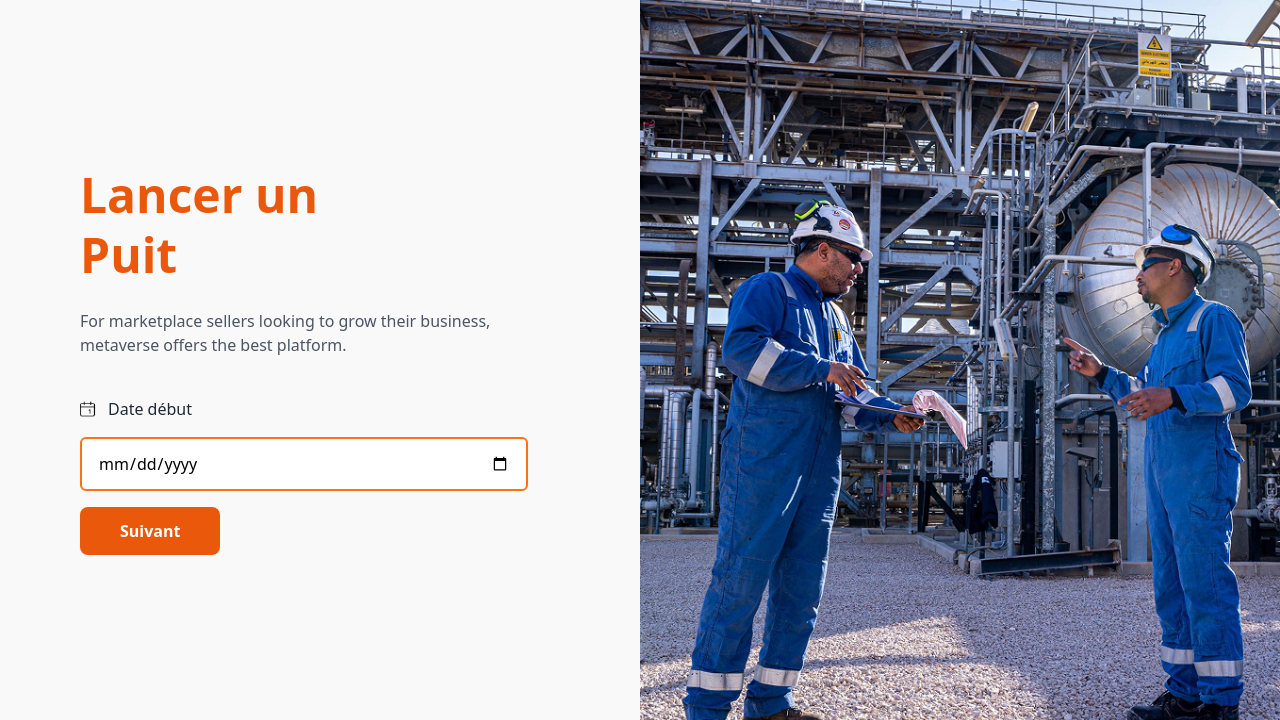
Repository: 123455675848484848484884848484/Projet_2cs
Page: /info-puit (app in front/)
The author's editor kept a copy of each file at every save. The page is drawn from the files as they stood at one save, then again after the next save.
The browser window is 1280 px wide. The pictures show the whole page.
The project was rebuilt for these pictures with package versions that can differ from the ones it lists, and the page was loaded fresh each time. Also part of the build but not shown: front/src/App.css, front/src/Login.jsx.

Above is the page before, as saved 2025-04-23 17:55:34.

### front/src/App.jsx

import './App.css';
// App.jsx
import React from "react";
import Login from "./Login";
import LancerPuit from './LancerPuit';

function App() {
  return <LancerPuit />;
}

export default App;

### front/src/LancerPuit.jsx
import React, { useState } from "react";

const LancerPuit = () => {
  const [dateDebut, setDateDebut] = useState("");

  const handleSubmit = (e) => {
    e.preventDefault();
    alert(`Date de début sélectionnée : ${dateDebut}`);
  };

  return (
    <div className="flex h-screen overflow-hidden">
      {/* Partie gauche : formulaire */}
      <div className="w-1/2 bg-[#f9f9f9] flex flex-col justify-center px-20">
        <div className="max-w-md">
          <h1 className="text-[48px] leading-tight font-bold text-orange-600">
            Lancer un <br /> Puit
          </h1>

          <p className="text-[16px] text-gray-600 mt-6 mb-10">
            For marketplace sellers looking to grow their business, metaverse offers the best platform.
          </p>
          <form onSubmit={handleSubmit} className="space-y-6 text-left">
  <div className="space-y-4">
    {/* Label avec icône */}
    <div className="flex items-center gap-2">
      <img src="/date.png" alt="date icon" className="w-5 h-5" />
      <label htmlFor="dateDebut" className="text-[16px] text-gray-800 font-medium">
        Date début
      </label>
    </div>

    {/* Champ date */}
    <input
      type="date"
      id="dateDebut"
      value={dateDebut}
      onChange={(e) => setDateDebut(e.target.value)}
      placeholder="jj/mm/aaaa"
      className="w-full border-2 border-orange-500 rounded-md px-4 py-3 placeholder-gray-400 focus:outline-none focus:ring-2 focus:ring-orange-600"
      required
    />

    {/* Bouton parfaitement aligné */}
    <button
      type="submit"
      className="bg-orange-600 hover:bg-orange-700 text-white text-[16px] font-semibold py-3 px-10 rounded-[8px] transition"
    >
      Suivant
    </button>
  </div>
</form>
        </div>
      </div>

      {/* Partie droite : image */}
      <div className="w-1/2 h-full">
        <img
          src="/lancerp.png" // assure-toi que l’image est dans le dossier `public`
          alt="Site industriel"
          className="w-full h-full object-cover"
        />
      </div>
    </div>
  );
};

export default LancerPuit;

Loaded but not shown: front/public/index.html (common file); front/src/index.js (common file); front/src/index.css (common file); front/src/reportWebVitals.js (common file); front/tailwind.config.js (common file)

After the next save:
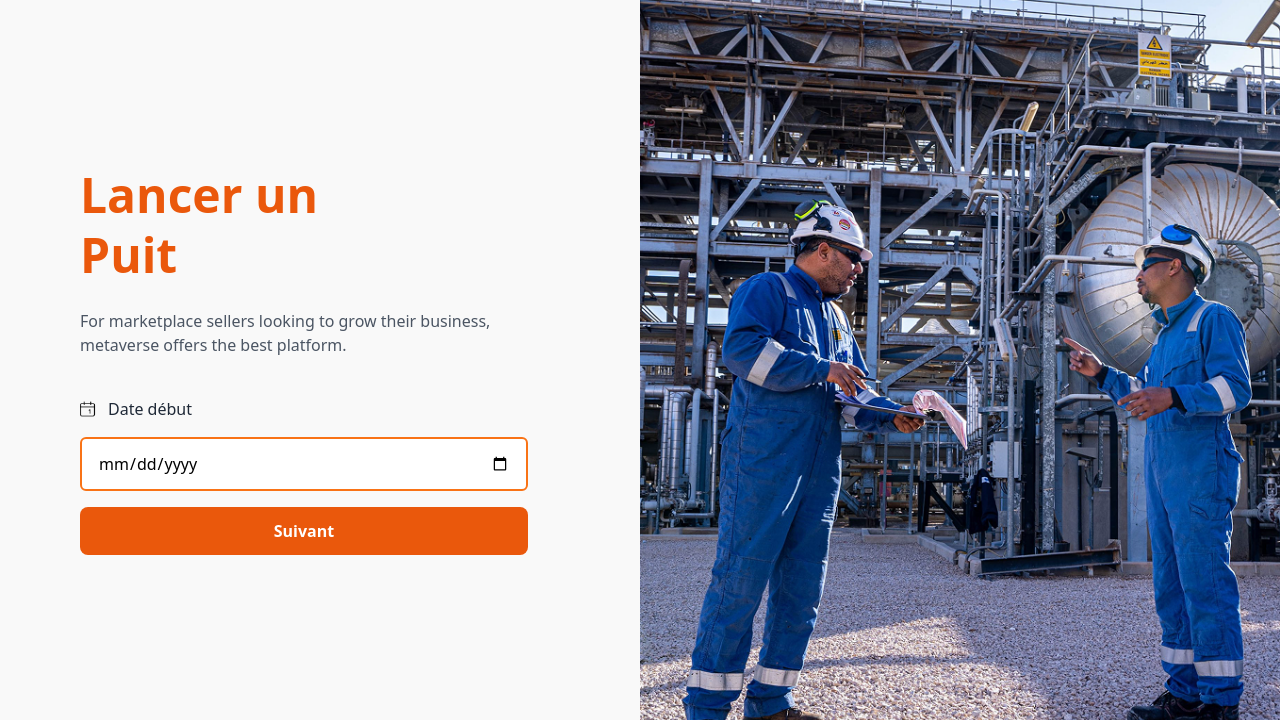
Saved 2 min 15 s later.
--- a/front/src/LancerPuit.jsx
+++ b/front/src/LancerPuit.jsx
@@ -12,7 +12,7 @@ const LancerPuit = () => {
     <div className="flex h-screen overflow-hidden">
       {/* Partie gauche : formulaire */}
       <div className="w-1/2 bg-[#f9f9f9] flex flex-col justify-center px-20">
-        <div className="max-w-md">
+        <div className="w-full max-w-md">
           <h1 className="text-[48px] leading-tight font-bold text-orange-600">
             Lancer un <br /> Puit
           </h1>
@@ -20,43 +20,44 @@ const LancerPuit = () => {
           <p className="text-[16px] text-gray-600 mt-6 mb-10">
             For marketplace sellers looking to grow their business, metaverse offers the best platform.
           </p>
-          <form onSubmit={handleSubmit} className="space-y-6 text-left">
-  <div className="space-y-4">
-    {/* Label avec icône */}
-    <div className="flex items-center gap-2">
-      <img src="/date.png" alt="date icon" className="w-5 h-5" />
-      <label htmlFor="dateDebut" className="text-[16px] text-gray-800 font-medium">
-        Date début
-      </label>
-    </div>
 
-    {/* Champ date */}
-    <input
-      type="date"
-      id="dateDebut"
-      value={dateDebut}
-      onChange={(e) => setDateDebut(e.target.value)}
-      placeholder="jj/mm/aaaa"
-      className="w-full border-2 border-orange-500 rounded-md px-4 py-3 placeholder-gray-400 focus:outline-none focus:ring-2 focus:ring-orange-600"
-      required
-    />
+          <form onSubmit={handleSubmit} className="flex flex-col gap-6">
+            {/* Bloc label + input + bouton */}
+            <div className="flex flex-col gap-4">
+              {/* Label avec icône */}
+              <div className="flex items-center gap-2">
+                <img src="/date.png" alt="date icon" className="w-5 h-5" />
+                <label htmlFor="dateDebut" className="text-[16px] text-gray-800 font-medium">
+                  Date début
+                </label>
+              </div>
 
-    {/* Bouton parfaitement aligné */}
-    <button
-      type="submit"
-      className="bg-orange-600 hover:bg-orange-700 text-white text-[16px] font-semibold py-3 px-10 rounded-[8px] transition"
-    >
-      Suivant
-    </button>
-  </div>
-</form>
+              {/* Champ input */}
+              <input
+                type="date"
+                id="dateDebut"
+                value={dateDebut}
+                onChange={(e) => setDateDebut(e.target.value)}
+                className="w-full border-2 border-orange-500 rounded-md px-4 py-3 placeholder-gray-400 focus:outline-none focus:ring-2 focus:ring-orange-600"
+                required
+              />
+
+              {/* Bouton aligné à gauche */}
+              <button
+                type="submit"
+                className="bg-orange-600 hover:bg-orange-700 text-white text-[16px] font-semibold py-3 px-10 rounded-[8px] transition"
+              >
+                Suivant
+              </button>
+            </div>
+          </form>
         </div>
       </div>
 
       {/* Partie droite : image */}
       <div className="w-1/2 h-full">
         <img
-          src="/lancerp.png" // assure-toi que l’image est dans le dossier `public`
+          src="/lancerp.png"
           alt="Site industriel"
           className="w-full h-full object-cover"
         />
